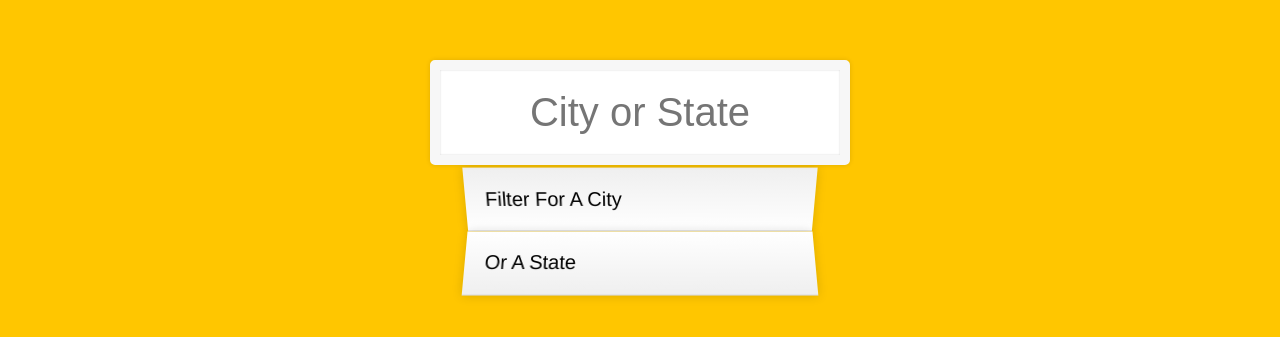
Repository: Saieebawake/Type-Ahead-City-or-State-Search
Page: index.html
These files come from the project's save history. The page is drawn as it stood at one moment and after the next save; the edit follows.
The browser window is 1280 px wide. The pictures show the whole page.
The page's requests for data from a server got no answer.

Above is the page before, as saved 2026-09-27 20:47:51.

After the next save:
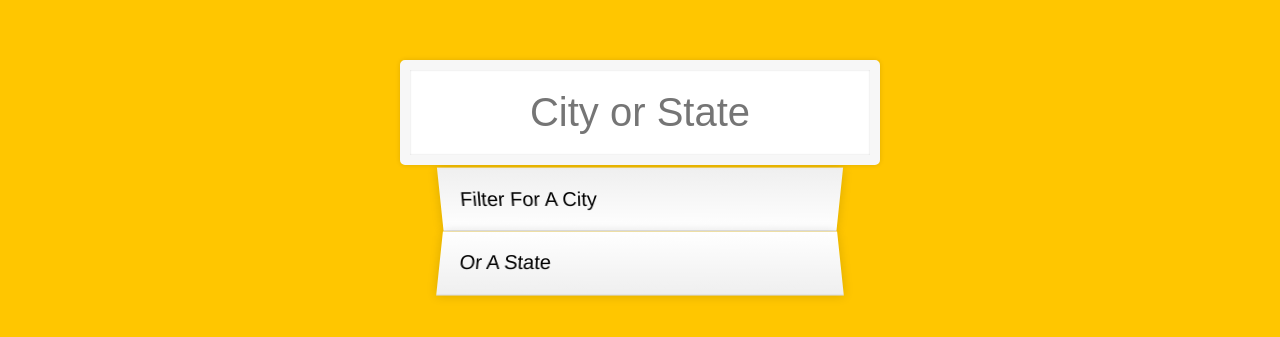
Saved 9 s later.
--- a/style.css
+++ b/style.css
@@ -16,7 +16,7 @@ input {
 }
 
 .search-form {
-    max-width: 350px;
+    max-width: 400px;
     margin: 50px auto;
 }
 
